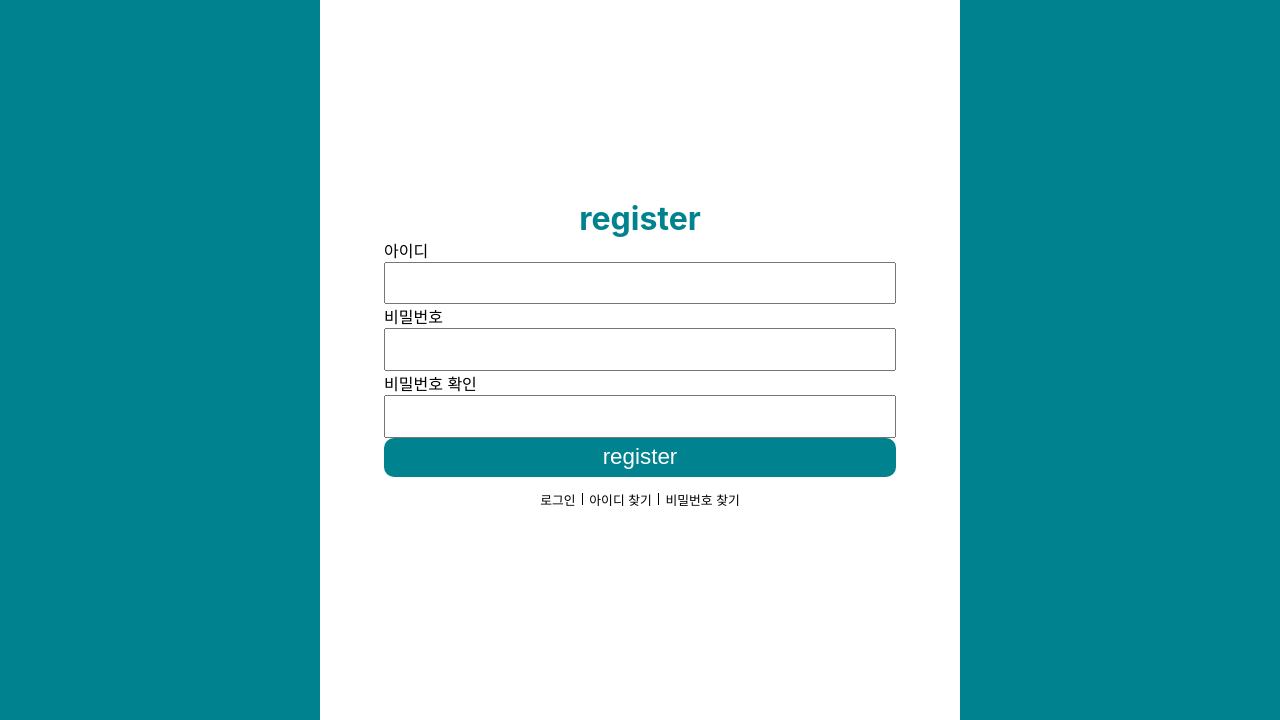
Repository: SeungYn/ticktickup-client
Page: /register
An editor plug-in stored every save of this project. The page is shown before and after a run of saves, followed by the edit.
The browser window is 1280 px wide. The pictures show the whole page.
The project was rebuilt for these pictures with package versions that can differ from the ones it lists, and the page was loaded fresh each time. Also part of the build but not shown: src/App.tsx, src/pages/Main.tsx, src/pages/TimeDetail.tsx, src/pages/MyInfo.tsx, src/containers/auth/LoginFormContainer.tsx, src/pages/LoginPage.tsx.

Above is the page before, as saved 2023-01-03 21:19:12.

### src/index.tsx
import React from 'react';
import ReactDOM from 'react-dom/client';
import { createBrowserRouter, RouterProvider } from 'react-router-dom';

import './index.css';
import App from './App';
import Main from './pages/Main';
import TimeDetail from './pages/TimeDetail';
import MyInfo from './pages/MyInfo';
import LoginContainer from './pages/LoginPage';
import RegisterPage from './pages/RegisterPage';
import { Provider } from 'react-redux';
import { store } from './modules';

const root = ReactDOM.createRoot(
  document.getElementById('root') as HTMLElement
);

const router = createBrowserRouter([
  {
    path: '/',
    element: <App />,
    children: [
      { index: true, element: <Main /> },
      {
        path: 'TimeDetail',
        element: <TimeDetail />,
      },
      {
        path: 'Myinfo',
        element: <MyInfo />,
      },
    ],
  },
  {
    path: 'Login',
    element: <LoginContainer />,
  },
  {
    path: 'register',
    element: <RegisterPage />,
  },
]);

root.render(
  <Provider store={store}>
    <RouterProvider router={router}></RouterProvider>
  </Provider>
);

### src/index.css
* {
  box-sizing: border-box;
}

html {
  height: 100%;
  width: 100%;
}

body {
  margin: 0;
  font-family: -apple-system, BlinkMacSystemFont, 'Segoe UI', 'Roboto', 'Oxygen',
    'Ubuntu', 'Cantarell', 'Fira Sans', 'Droid Sans', 'Helvetica Neue',
    sans-serif;
  -webkit-font-smoothing: antialiased;
  -moz-osx-font-smoothing: grayscale;
  height: 100%;
  width: 100%;
}

code {
  font-family: source-code-pro, Menlo, Monaco, Consolas, 'Courier New',
    monospace;
}

#root {
  height: 100%;
  width: 100%;
  background-color: #00838f;
  display: flex;
  justify-content: center;
}

input {
  outline: none;
}

h1,
h2 {
  margin: 0;
}

button {
  outline: none;
  background: none;
  border: none;
  cursor: pointer;
  padding: 0;
}

a {
  text-decoration: none;
  color: black;
}

a:visited {
  color: black;
}

### src/pages/RegisterPage.tsx
import React from 'react';
import RegisterFormContainer from '../containers/auth/RegisterFormContainer';

export default function RegisterPage() {
  const onSubmit = (e: React.FormEvent<HTMLFormElement>) => {
    e.preventDefault();
    console.log('submit');
  };
  return <RegisterFormContainer />;
}

### src/modules/index.ts
import { configureStore } from '@reduxjs/toolkit';
import authReducer from './auth';
import loadingReducer from './Loading';

export const store = configureStore({
  reducer: { auth: authReducer, loading: loadingReducer },
});
export type RootState = ReturnType<typeof store.getState>;
export type AppDispatch = typeof store.dispatch;

### src/containers/auth/RegisterFormContainer.tsx
import React from 'react';
import { useDispatch, useSelector } from 'react-redux';
import AuthForm from '../../components/auth/AuthForm';
import { AppDispatch, RootState } from '../../modules';
import { authRegister, changeField } from '../../modules/auth';

export default function RegisterFormContainer() {
  const { register } = useSelector((state: RootState) => state.auth);
  const { loading } = useSelector((state: RootState) => state);
  const dispatch = useDispatch<AppDispatch>();
  const onSubmit = (e: React.FormEvent<HTMLFormElement>) => {
    e.preventDefault();
    console.log('submit');
    dispatch(
      authRegister({ username: register.username, password: register.password })
    );
  };

  const onChange = (e: React.ChangeEvent<HTMLInputElement>) => {
    const { name, value } = e.target;
    dispatch(changeField({ form: 'register', name, value }));
  };

  return (
    <AuthForm
      type={'register'}
      form={register}
      onChange={onChange}
      onSubmit={onSubmit}
      loading={loading.loading}
      passwordMatch={register.passwordMatch}
    />
  );
}

### src/modules/auth.ts
import { AxiosResponse } from 'axios';
import {
  createAsyncThunk,
  createSlice,
  current,
  PayloadAction,
} from '@reduxjs/toolkit';
import { AppDispatch } from '.';
import AuthService from '../service/authService';
import { finishLoading, startLoading } from './Loading';

const authService = AuthService.getHttpInstance();

export interface AuthSuccessResponse {
  username: string;
  token: string;
}

export interface AuthFailResponse {
  error: string;
}

export type Register = {
  username: string;
  password: string;
  passwordConfirm: string;
  passwordMatch: boolean;
  [key: string]: string | boolean;
};

export type Login = {
  username: string;
  password: string;
  [key: string]: string;
};

export const authRegister = createAsyncThunk<
  { token: string; username: string },
  { username: string; password: string },
  {
    rejectValue: AuthFailResponse;
    dispatch: AppDispatch;
  }
>('auth/REGISTER', async (form, thunkAPI) => {
  console.log('async');
  console.log(thunkAPI);
  thunkAPI.dispatch(startLoading());
  try {
    const res = (await authService.signup(
      form.username,
      form.password
    )) as AxiosResponse;
    return res.data;
  } catch (e) {
    console.log(e, 'error');
    return thunkAPI.rejectWithValue({ error: e as string });
  } finally {
    thunkAPI.dispatch(finishLoading());
  }
});

export const authLogin = createAsyncThunk(
  'auth/LOGIN',
  async (form: Login, thunkAPI) => {
    thunkAPI.dispatch(startLoading());
    try {
      return { payload: { token: '123', username: '123' } };
    } catch (e) {
      return thunkAPI.rejectWithValue({ error: '123' });
    } finally {
      thunkAPI.dispatch(finishLoading());
    }
  }
);

interface InitialAuthFormState {
  register: Register;
  login: Login;
  authError: string | null | undefined;
  authDuplicateError: string | null;
  auth: null | { [key: string]: string };
}

const initialAuthFormState: InitialAuthFormState = {
  register: {
    username: '',
    password: '',
    passwordConfirm: '',
    passwordMatch: true,
  },

  login: {
    username: '',
    password: '',
  },
  authError: null,
  authDuplicateError: null,
  auth: null,
};

const authSlice = createSlice({
  name: 'authForm',
  initialState: initialAuthFormState,
  reducers: {
    changeField: (
      state,
      {
        payload,
      }: PayloadAction<{
        form: 'login' | 'register';
        value: string;
        name: string;
      }>
    ) => {
      const { form, name, value } = payload;

      state[form][name] = value;
      if (form === 'register') {
        if (state[form].password !== state[form].passwordConfirm)
          state[form].passwordMatch = false;
        else state[form].passwordMatch = true;
      }
    },
    initialForm: (
      state,
      { payload }: PayloadAction<{ form: 'login' | 'register' }>
    ) => {
      const { form } = payload;
      if (form === 'login') state[form] = initialAuthFormState[form];
      else state[form] = initialAuthFormState[form];
    },
  },
  extraReducers: (builder) => {
    builder
      .addCase(authRegister.pending, (state, action) => {
        console.log('pending auth');
      })
      .addCase(authRegister.fulfilled, (state, action) => {
        state.auth = action.payload;
        console.log('fulfilled auth');
      })
      .addCase(authRegister.rejected, (state, action) => {
        state.authError = action.payload?.error;
      })
      .addCase(authLogin.pending, (state, action) => {
        console.log('pending');
      })
      .addCase(authLogin.fulfilled, (state, action) => {
        console.log('fulfilled');
      })
      .addCase(authLogin.rejected, (state, action) => {
        console.log('rejected');
      });
  },
});

export const { changeField, initialForm } = authSlice.actions;

export default authSlice.reducer;

### src/modules/Loading.ts
import { createSlice } from '@reduxjs/toolkit';

const loadingSlice = createSlice({
  name: 'loading',
  initialState: { loading: false },
  reducers: {
    startLoading: (state) => {
      console.log('startLoading');
      state.loading = true;
    },
    finishLoading: (state) => {
      state.loading = false;
    },
  },
});

export const { startLoading, finishLoading } = loadingSlice.actions;
export default loadingSlice.reducer;

### src/components/auth/AuthForm.tsx
import styles from './authForm.modue.scss';
import classNames from 'classnames';
import AuthBtn from '../common/AuthBtn';
import { Link } from 'react-router-dom';
import { Login, Register } from '../../modules/auth';
import { AppDispatch } from '../../modules';
import React from 'react';
import { css } from 'styled-components';
const cx = classNames.bind(styles);
interface AuthFormType {
  type: string;
  form: Login | Register;
  loading?: boolean;
  passwordMatch?: boolean;
  onSubmit: (e: React.FormEvent<HTMLFormElement>) => void;
  onChange: (e: React.ChangeEvent<HTMLInputElement>) => void;
}

export default function AuthForm({
  type,
  form,
  onChange,
  onSubmit,
  loading,
  passwordMatch,
}: AuthFormType) {
  console.log(passwordMatch);
  return (
    <form className={cx('form')} onSubmit={onSubmit}>
      <h1>{type}</h1>
      <label htmlFor='username'>
        아이디
        <input
          type='text'
          name='username'
          onChange={onChange}
          value={form.username}
          required
        />
      </label>

      <label htmlFor='password'>
        비밀번호
        <input
          type='password'
          name='password'
          onChange={onChange}
          value={form.password}
          required
        />
      </label>

      {type === 'register' && (
        <label htmlFor='password' id='label-last'>
          <div>
            <span>비밀번호 확인</span>{' '}
            {!passwordMatch && (
              <span className={cx({ passwordNotMatch: !passwordMatch })}>
                비밀번호를 확인해 주세요
              </span>
            )}
          </div>
          <input
            type='password'
            name='passwordConfirm'
            value={form.passwordConfirm}
            onChange={onChange}
            required
          />
        </label>
      )}

      <AuthBtn title={type} />

      <div className={cx('footer')}>
        {type === 'login' ? (
          <Link to='/register' className={cx('footerBtn')}>
            회원가입
          </Link>
        ) : (
          <Link to='/login' className={cx('footerBtn')}>
            로그인
          </Link>
        )}
        <span className={cx('gap')}></span>
        <button className={cx('footerBtn')}>아이디 찾기</button>
        <span className={cx('gap')}></span>
        <button className={cx('footerBtn')}>비밀번호 찾기</button>
      </div>
    </form>
  );
}

### src/service/authService.ts
import { AxiosPromise, AxiosResponse } from 'axios';
import Http, { HttpInterface } from '../network/http';
export default class AuthService {
  private static instance: AuthService;

  private constructor(private http: HttpInterface) {}

  async signup(username: string, password: string) {
    const data = await this.http.fetch('/auth/signup', {
      method: 'POST',
      data: JSON.stringify({ username, password }),
    });
    console.log('data', data);
    return data;
  }

  public static getHttpInstance() {
    if (!AuthService.instance) {
      AuthService.instance = new AuthService(Http.getHttpInstance());
    }
    return AuthService.instance;
  }
}

### src/components/auth/authForm.modue.scss
@import '../../styles/utils.scss';

.form {
  width: 50%;
  height: 100%;
  display: flex;
  flex-direction: column;
  justify-content: center;
  align-items: center;
  background-color: $backgroundColor;
  padding: 0 4rem;

  & > *:not(label) {
    margin-bottom: 0.8rem;
  }

  & #label-last {
  }

  & > h1 {
    margin: 0;
    color: $main-color;
  }

  & input {
    font-size: 1.4rem;
    padding: 0.4rem 0;
  }

  & label {
    width: 100%;
    display: flex;
    flex-direction: column;
  }
}

.footer {
  display: flex;
  align-items: center;
}

.gap {
  display: inline-block;
  height: 0.8rem;
  border-left: 1px solid black;
}

.footerBtn {
  font-size: 0.8rem;
  padding: 0 0.4rem;
}

.passwordNotMatch {
  color: red;
}

@media (max-width: 800px) {
  .form {
  }
}

### src/components/common/AuthBtn.tsx
import styled from 'styled-components';

interface AuthBtnType {
  title: string;
}

const StyledInput = styled.button`
  width: 100%;

  font-size: 1.4rem;
  border: none;
  background: #00838f;
  border-radius: 10px;
  padding: 0.4rem 0;
  color: white;
  &:hover {
    cursor: pointer;
  }
`;

export default function AuthBtn({ title }: AuthBtnType) {
  return <StyledInput>{title}</StyledInput>;
}

### src/network/http.ts
import axios, {
  AxiosError,
  AxiosInstance,
  AxiosInterceptorOptions,
  AxiosRequestConfig,
  AxiosResponse,
} from 'axios';

export interface HttpInterface {
  fetch: (
    url: string,
    options: AxiosRequestConfig
  ) => Promise<AxiosResponse | AxiosError>;
}

export default class Http implements HttpInterface {
  private static instance: Http;
  private readonly client: AxiosInstance;
  private constructor(baseURL: string) {
    this.client = axios.create({
      baseURL: baseURL,
      withCredentials: true,
    });
  }

  async fetch(
    url: string,
    options: AxiosRequestConfig
  ): Promise<AxiosResponse > {
    this.client.defaults.headers.post['Content-Type'] = 'application/json';
    const { data, method, headers } = options;
    const request = {
      url,
      method,
      headers: {
        ...headers,
      },
      data,
    };
    let res: AxiosResponse;

    try {
      res = await this.client(request);
      return res;
    } catch (e) {
      if (axios.isAxiosError(e)) {
        const message = e.response?.data?.message;
        if (message) {
          console.error(message);
          throw new Error(message);
        }
      }
      throw new Error('Connect Error');
    }
  }
  public static getHttpInstance() {
    if (!Http.instance) {
      Http.instance = new Http(process.env.REACT_APP_BASE_URL as string);
    }
    return Http.instance;
  }
}

const a: HttpInterface = Http.getHttpInstance();

### src/styles/utils.scss
@import '~include-media/dist/include-media';

$red: #fa5252;
$orange: #fd7e14;
$yellow: #fcc419;
$green: #40c057;
$blue: #339af0;
$indigo: #5c7cfa;
$violet: #7950f2;
$backgroundColor: white;
$main-color: #00838f;
$font-size-medium: 1.2rem;
@mixin square($size) {
  $calculated: 32px * $size;
  width: $calculated;
  height: $calculated;
}

Loaded but not shown: public/index.html (common file)

After the next 2 saves:
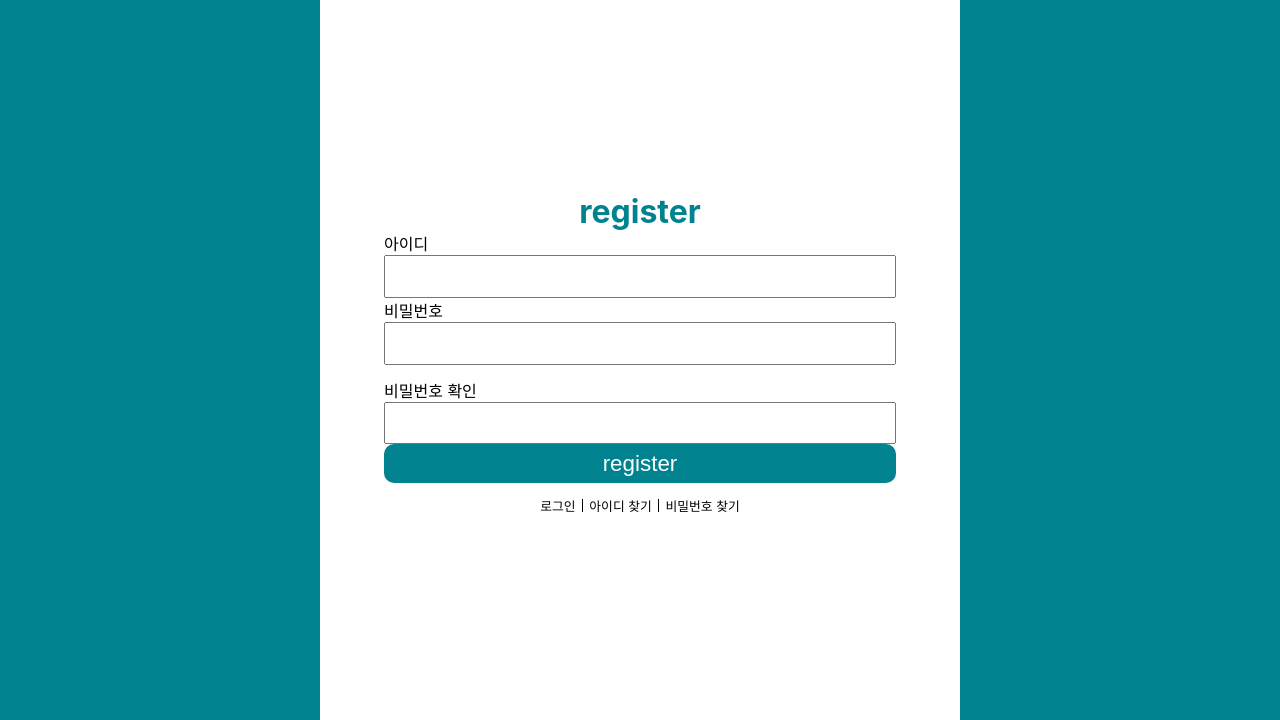
The 2 saves are shown as one change because they came seconds apart.
The last was saved 12 s later.
--- a/src/components/auth/authForm.modue.scss
+++ b/src/components/auth/authForm.modue.scss
@@ -15,6 +15,7 @@
   }
 
   & #label-last {
+    margin-top: 0.8rem;
   }
 
   & > h1 {
